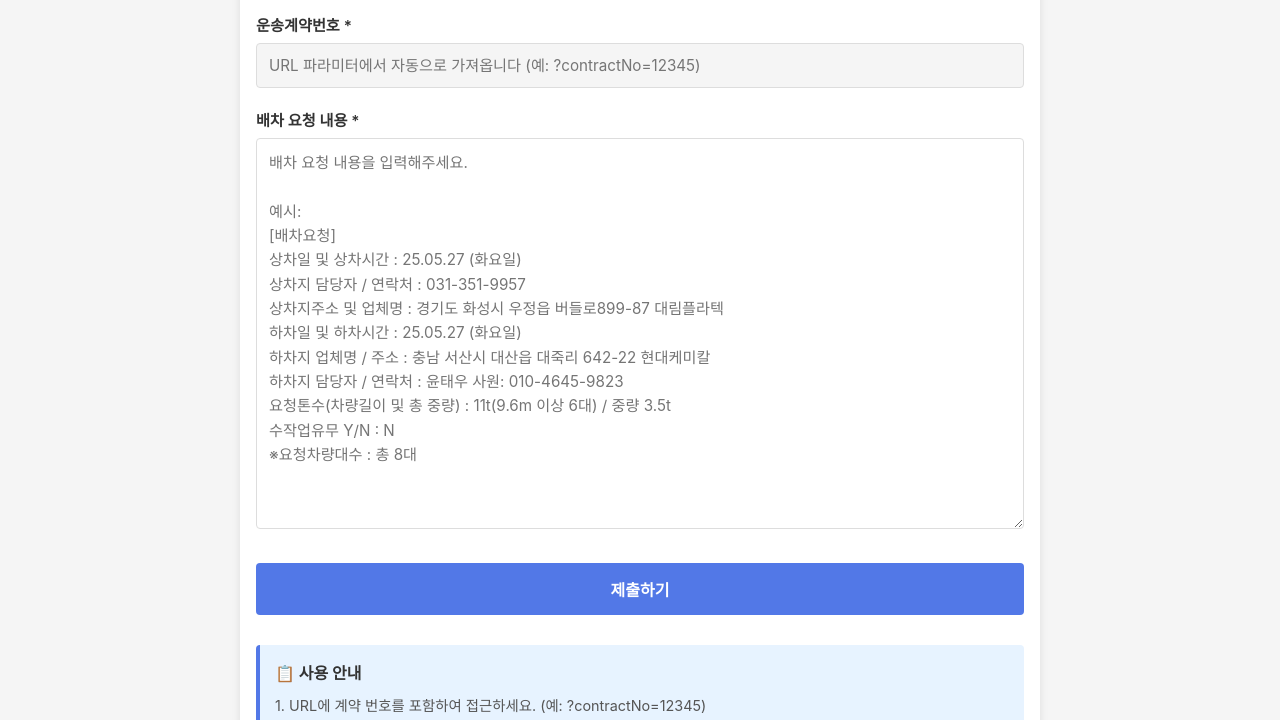
Repository: deul428/logis_transport
Page: / (app in frontend/)
An editor plug-in stored every save of this project. The page is shown before and after the next save, followed by the edit.
The browser window is 1280 px wide. The pictures show the whole page.
The project was rebuilt for these pictures with package versions that can differ from the ones it lists, and the page was loaded fresh each time. Also part of the build but not shown: frontend/src/App.scss.

Above is the page before, as saved 2025-11-13 13:49:14.

After the next save:
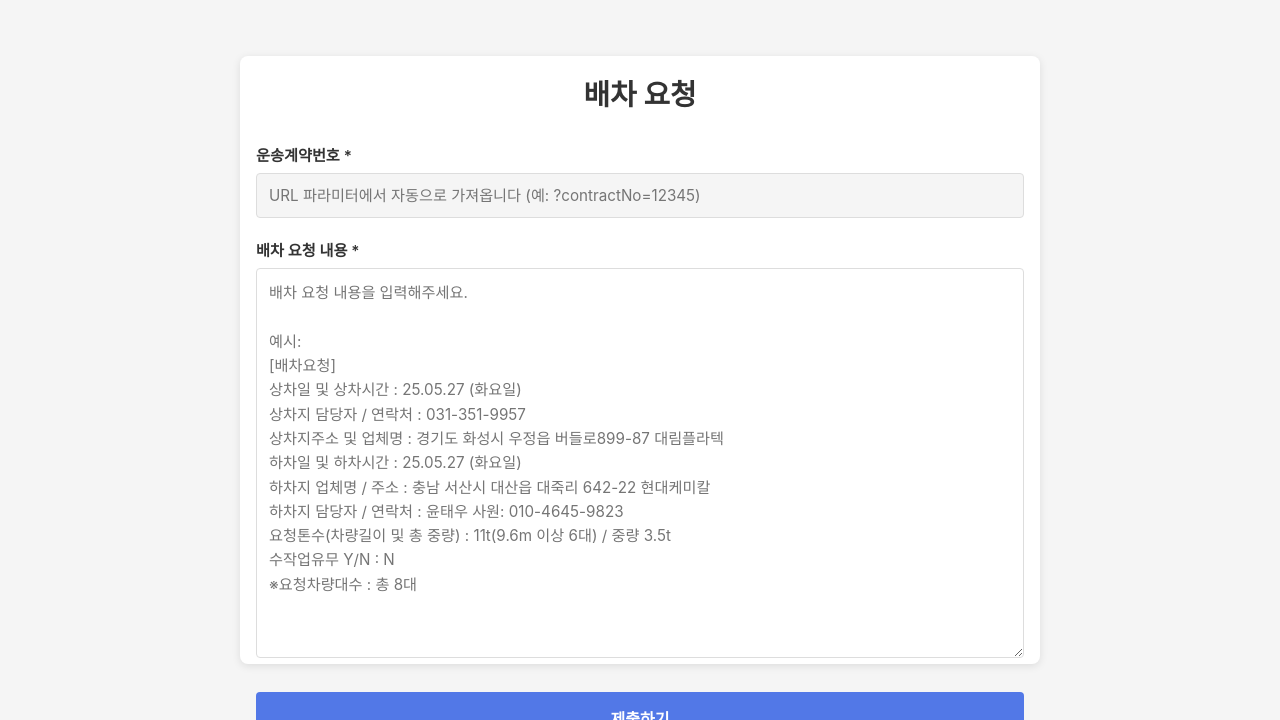
Saved 4 s later.
--- a/frontend/src/styles/transport.scss
+++ b/frontend/src/styles/transport.scss
@@ -11,6 +11,7 @@
 
   .cntnt_box {
     padding: 1rem;
+    height: 80%;
     width: 60%;
     background-color: white;
     border-radius: 8px;
